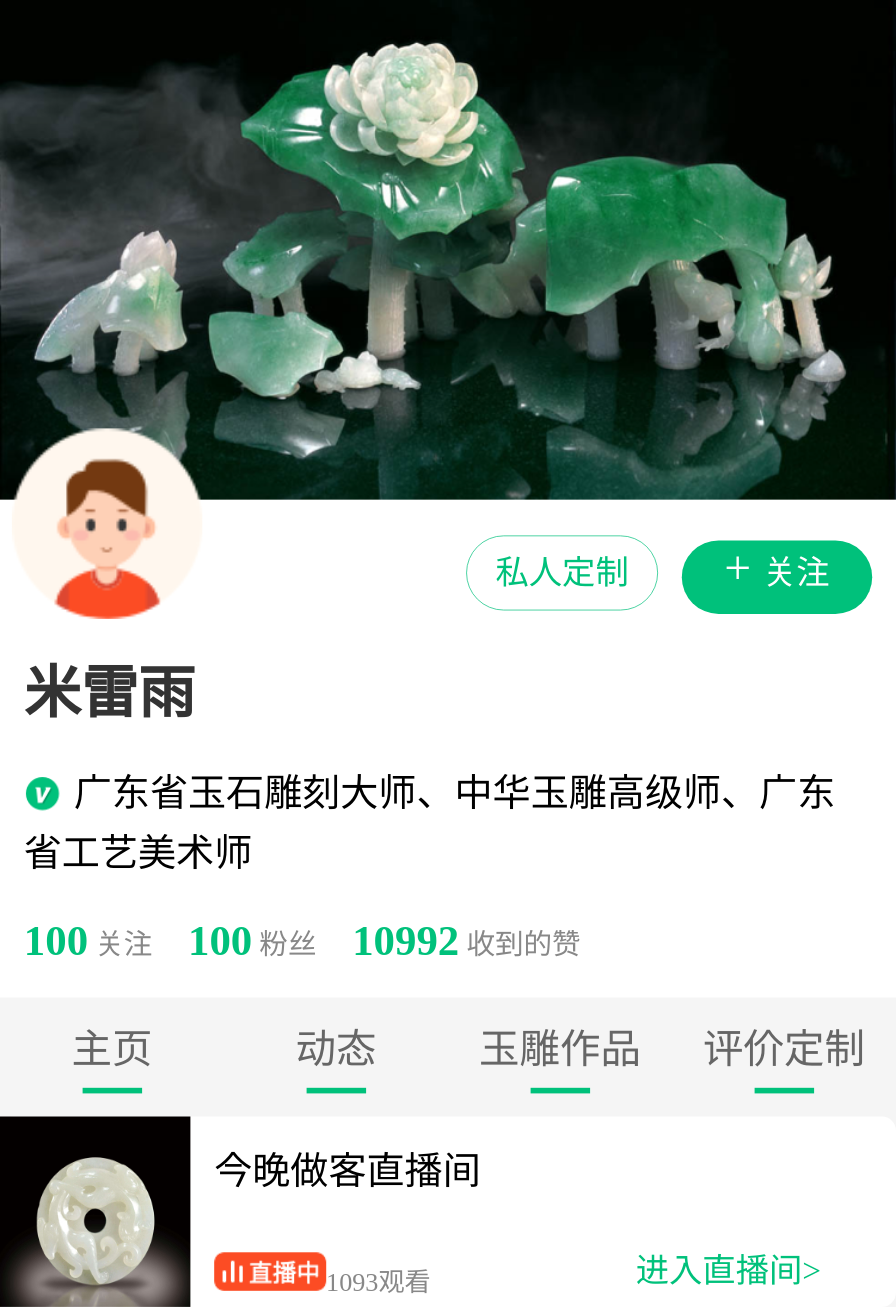
Repository: 1yanglulu/-
Page: html/jadecarvemaincenter.html
The author's editor kept a copy of each file at every save. The page is drawn from the files as they stood at one save, then again after the next save.
The browser window is 1280 px wide. The pictures show the whole page, at 70% of full size.

Above is the page before, as saved 2020-01-07 16:55:13.

After the next save:
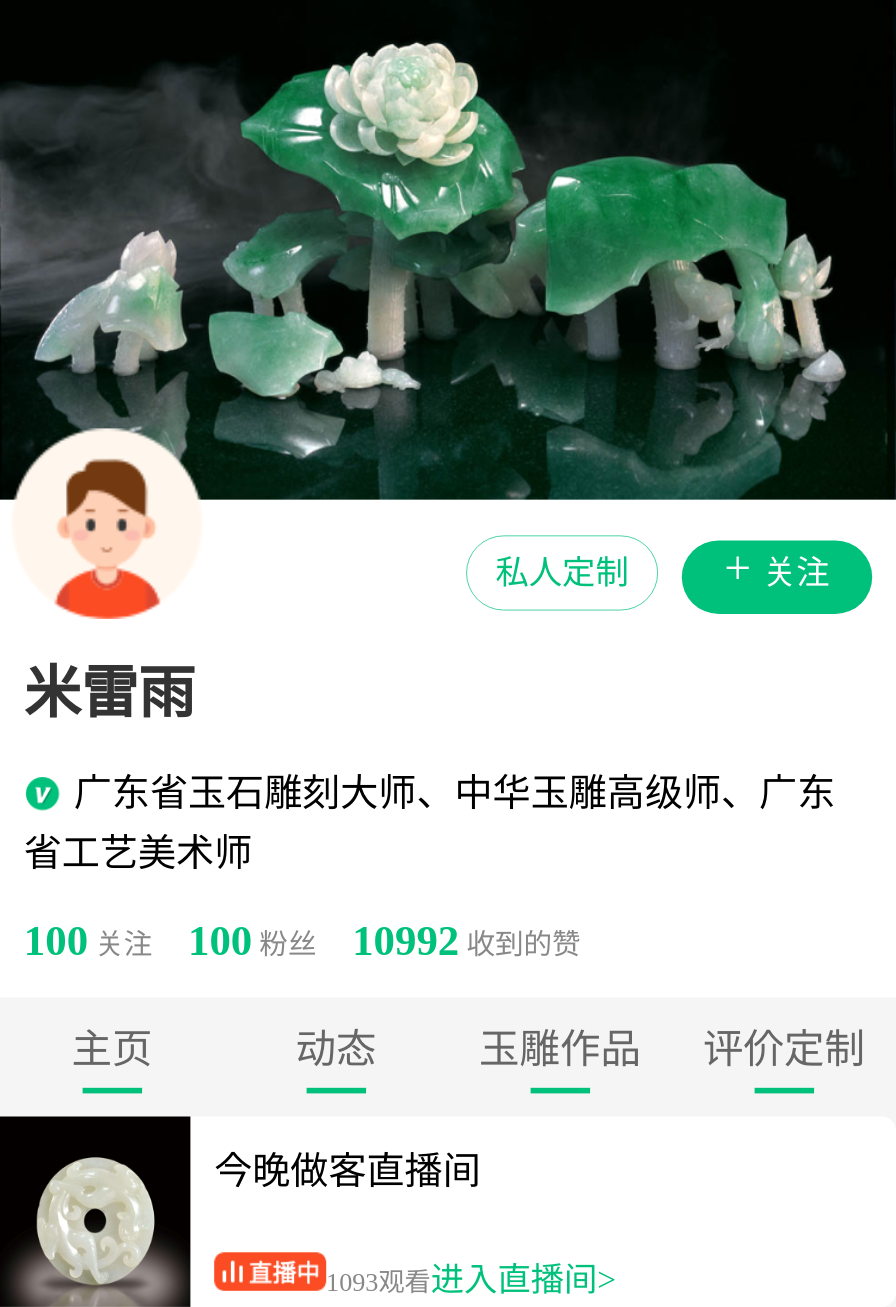
Saved 20 s later.
--- a/css/jadehomepage.css
+++ b/css/jadehomepage.css
@@ -53,5 +53,4 @@
   color: #00C17B;
   text-align: center;
   line-height: .32rem;
-  float: right;
 }
